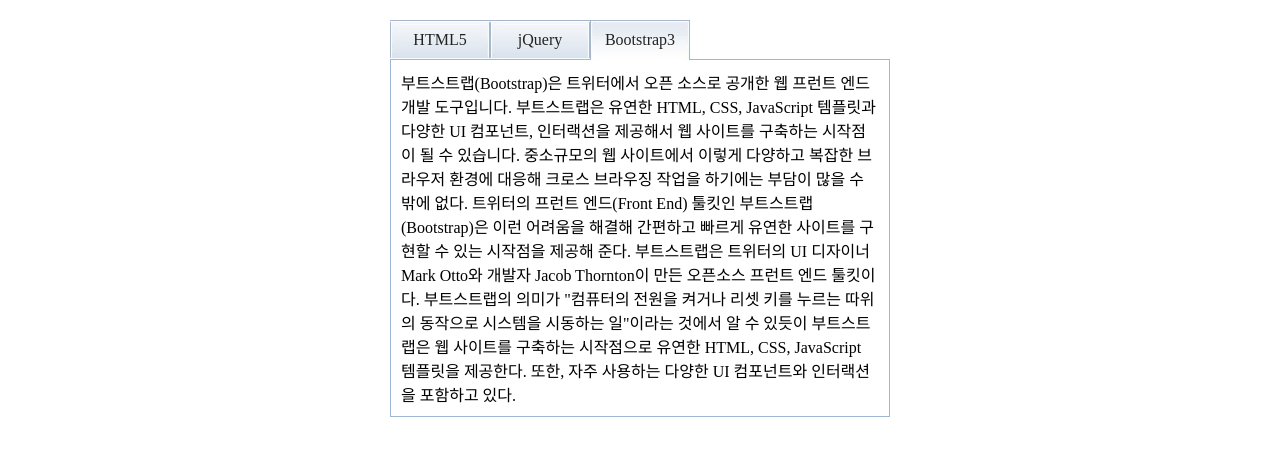
Repository: ssummini/Web
Page: jQuery/src/main/webapp/04_jQueryCSS/exam03.html
The author's editor kept a copy of each file at every save. The page is drawn from the files as they stood at one save, then again after a run of saves.
The browser window is 1280 px wide. The pictures show the whole page.

Above is the page before, as saved 2024-08-23 07:47:35.

After the next 2 saves:
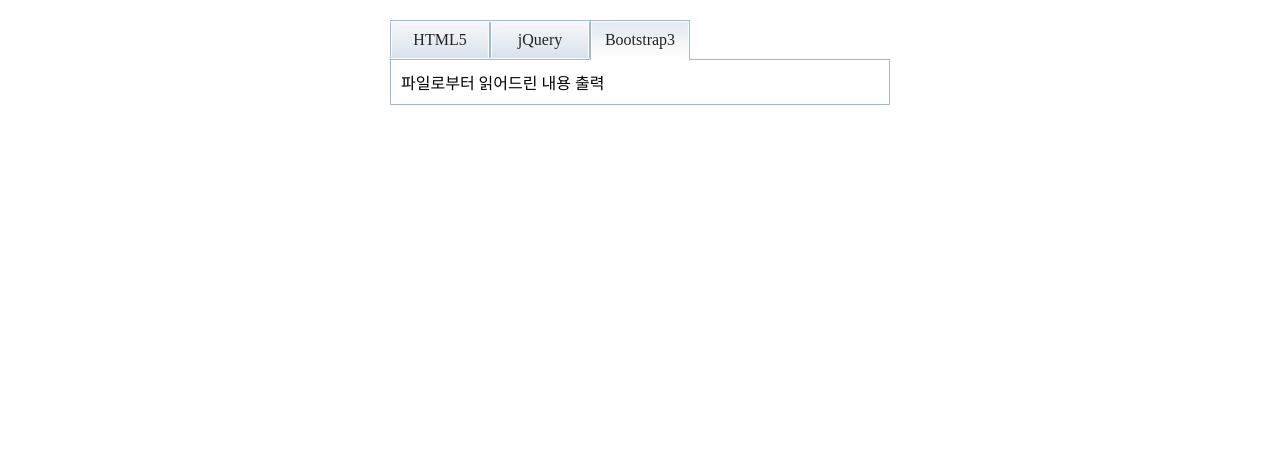
Console error: SyntaxError: Unexpected token '}'
The 2 saves are shown as one change because they came seconds apart.
The last was saved 29 s later.
--- a/jQuery/src/main/webapp/04_jQueryCSS/exam03.html
+++ b/jQuery/src/main/webapp/04_jQueryCSS/exam03.html
@@ -75,7 +75,6 @@
 
 	$('p.panel').load($('.selected').attr('href'));
 
-	$('ul.tab > li > a.selected').click(function(){
 
 		return false;
 	});

After the save that followed:
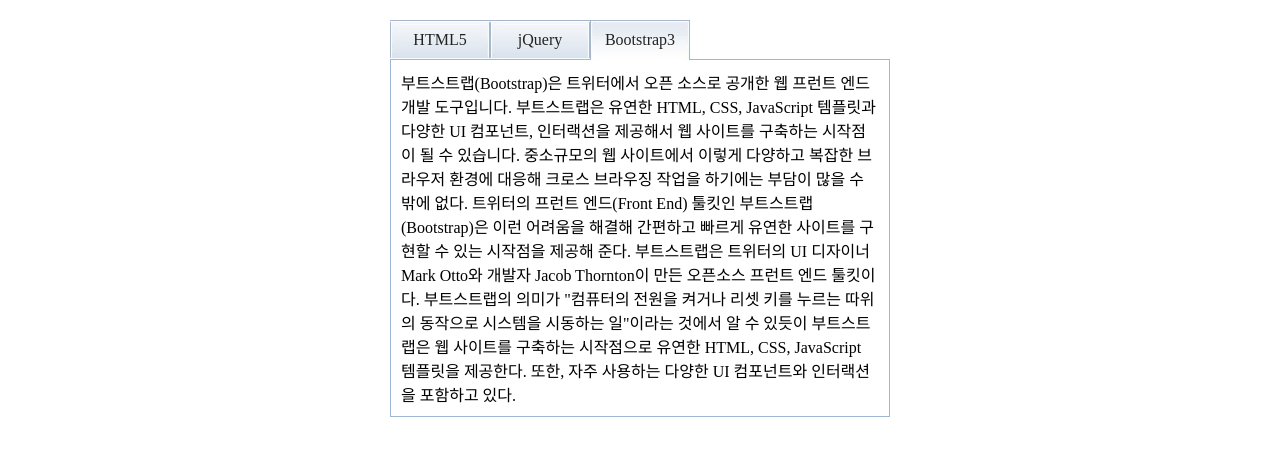
The error is gone.
Saved 11 s later.
--- a/jQuery/src/main/webapp/04_jQueryCSS/exam03.html
+++ b/jQuery/src/main/webapp/04_jQueryCSS/exam03.html
@@ -75,7 +75,7 @@
 
 	$('p.panel').load($('.selected').attr('href'));
 
-
+	$('ul.tab > li > a').click(function(){
 		return false;
 	});
 });
